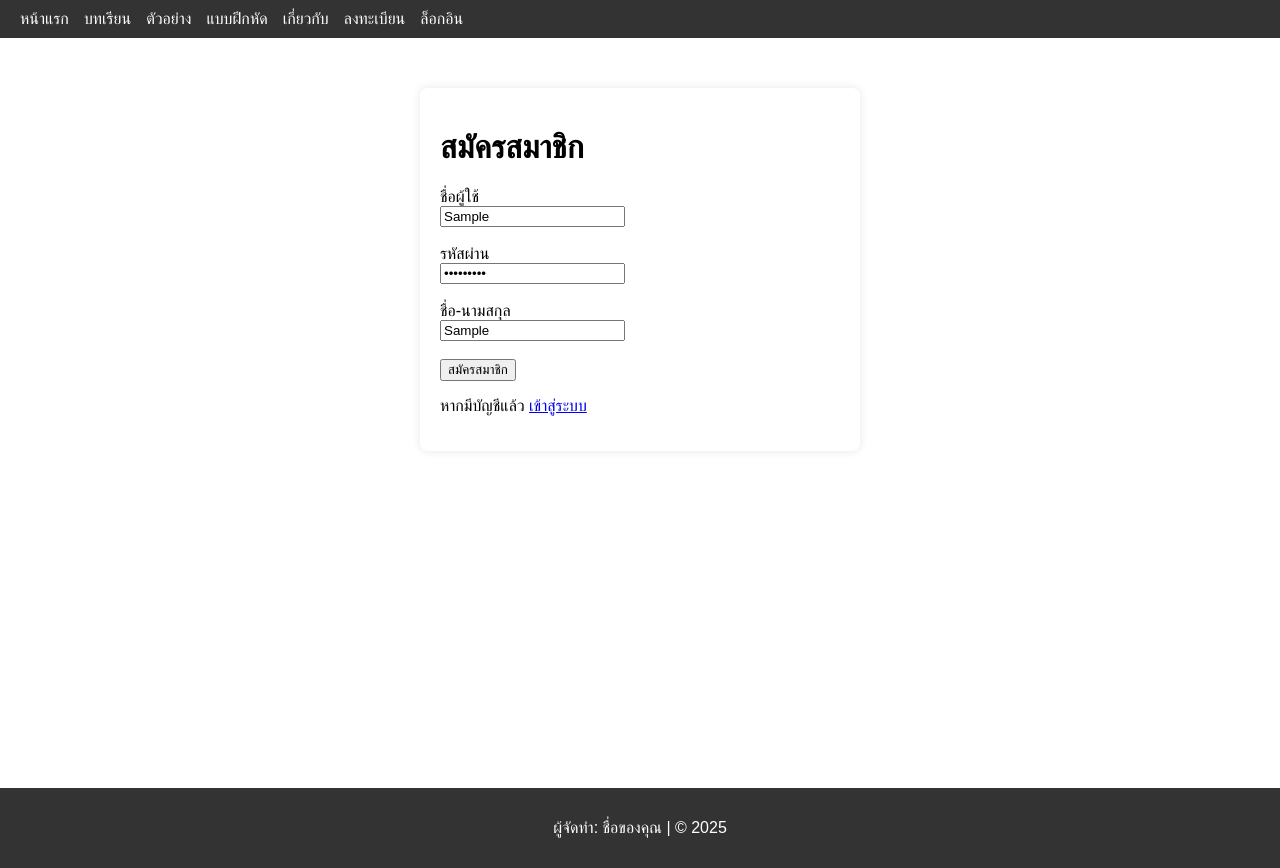
Repository: staggil/thesis
Page: register.html
The author's editor kept a copy of each file at every save. The page is drawn from the files as they stood at one save, then again after the next save.
The browser window is 1280 px wide. The pictures show the whole page.
Empty fields were first filled with sample values (such as "Sample", 5 or name@example.com).
After loading, the first visible `#register-form` was submitted once.
The page's requests for data from a server got no answer.

Above is the page before, as saved 2025-12-08 07:29:51.

### register.html
<!DOCTYPE html>
<html lang="th">
<head>
    <meta charset="UTF-8">
    <meta name="viewport" content="width=device-width, initial-scale=1.0">
    <title>สมัครสมาชิก - เว็บไซต์สอนเขียนโปรแกรม</title>
    <link rel="stylesheet" href="style.css">
    <script src="script.js" defer></script>
</head>
<body data-sidebar="components/empty.html" class="register-page">

    <!-- Header -->
    <div id="header-placeholder"></div>

    <!-- Sidebar -->
    <div id="sidebar-placeholder"></div>

    <!-- Content -->
    <main id="main-content">
        <h1>สมัครสมาชิก</h1>
        <form id="register-form">
            <label for="username">ชื่อผู้ใช้</label><br>
            <input type="text" id="username" name="username" required><br><br>

            <label for="password">รหัสผ่าน</label><br>
            <input type="password" id="password" name="password" required><br><br>

            <label for="fullname">ชื่อ-นามสกุล</label><br>
            <input type="text" id="fullname" name="fullname" required><br><br>

            <button type="submit">สมัครสมาชิก</button>
        </form>
        <p id="register-error" style="color:red; display:none;"></p>
        <p>หากมีบัญชีแล้ว <a href="login.html">เข้าสู่ระบบ</a></p>
    </main>

    <!-- Footer -->
    <div id="footer-placeholder"></div>

    <script>
    document.getElementById("register-form").addEventListener("submit", async (e) => {
        e.preventDefault();
        const username = document.getElementById("username").value;
        const password = document.getElementById("password").value;
        const fullname = document.getElementById("fullname").value;

        try {
            const res = await fetch("http://localhost:3000/register", {
                method: "POST",
                headers: { "Content-Type": "application/json" },
                body: JSON.stringify({ username, password, fullname })
            });

            const data = await res.json();

            if(data.success){
                alert(data.message);
                window.location.href = "login.html";
            } else {
                const err = document.getElementById("register-error");
                err.style.display = "block";
                err.textContent = data.message;
            }

        } catch (error) {
            console.error("Error:", error);
        }
    });
    </script>

</body>
</html>

### style.css
/* =========================
   Reset & Body
   ========================= */
body {
    margin: 0;
    font-family: Arial, sans-serif;
    box-sizing: border-box;
}

/* =========================
   Header
   ========================= */
header {
    background-color: #333;
    color: white;
    padding: 10px 20px;
}

.navbar ul {
    list-style: none;
    display: flex;
    gap: 15px;
    padding: 0;
    margin: 0;
}

.navbar ul li a {
    color: white;
    text-decoration: none;
}

/* =========================
   Sidebar
   ========================= */
#sidebar {
    width: 200px;               /* กำหนดความกว้าง */
    background-color: #f4f4f4;  /* สีพื้นหลัง */
    padding: 15px;              /* ระยะขอบภายใน */
    float: left;                /* ลอยซ้าย */
    height: 100vh;              /* ความสูงเต็มหน้าจอ */
    overflow-y: auto;           /* scroll ถ้ายาวเกิน */
}

#sidebar ul {
    list-style: none;
    padding: 0;
}

#sidebar ul li {
    margin-bottom: 10px;
}

#sidebar ul li a {
    text-decoration: none;
    color: #333;
    display: block;
    padding: 8px;
    border-radius: 4px;
    transition: background 0.3s;
}

#sidebar ul li a:hover {
    background-color: #ddd;
}

/* =========================
   Main Content
   ========================= */
#main-content {
    padding: 20px;          /* ระยะขอบภายใน */
    margin-left: 300px;     /* เว้นระยะจาก sidebar (sidebar width + 20px) */
    max-width: 700px;
}

/* กรณีหน้า index.html ไม่มี sidebar */
body.index #main-content {
    margin-left: 0;
    max-width: 700px;        /* กว้างเท่ากับหน้าที่มี sidebar */
    margin: 0 auto;          /* จัด content กลางหน้า */
}

/* =========================
   Footer
   ========================= */
footer {
    clear: both;
    background-color: #333;
    color: white;
    text-align: center;
    padding: 15px;
    position: relative;
}

/* =========================
   Responsive (มือถือ)
   ========================= */
@media screen and (max-width: 768px) {
    #sidebar {
        width: 100%;
        height: auto;
        float: none;
    }
    #main-content {
        margin-left: 0;
        padding: 15px;
    }

    .navbar ul {
        flex-direction: column;
        gap: 5px;
    }
}

/* =========================
   Empty sidebar
   ========================= */
#sidebar.empty-sidebar {
    background-color: #fff;   /* สีเดียวกับ container */
           /* คง padding เดิมถ้าอยากให้ layoutเหมือนหน้าที่มี sidebar */
    /* อย่าแก้ width หรือ float */
}

/* หน้า login ให้ layout อยู่กลางและสวยขึ้น */
body.login-page #main-content {
    max-width: 400px;       /* กว้างแค่พอ form */
    margin: 50px auto;      /* จัดกลางแนวนอนและเว้นบน */
    padding: 20px;
    background-color: #fff; /* เหมือน container */
    border-radius: 8px;
    box-shadow: 0 0 10px rgba(0,0,0,0.1);
}



/* หน้า register ให้ layout อยู่กลางเหมือน login */
body.register-page #main-content {
    max-width: 400px;          /* กว้างพอ form */
    margin: 50px auto;         /* จัดกลางหน้า */
    padding: 20px;
    background-color: #fff;    /* เหมือน container */
    border-radius: 8px;
    box-shadow: 0 0 10px rgba(0,0,0,0.1);
}

### script.js
function loadComponent(filePath, elementId) {
    if (!filePath) return;
    const el = document.getElementById(elementId);
    if (!el) {
        console.error(`ไม่พบ element id="${elementId}"`);
        return;
    }
    fetch(filePath)
        .then(response => {
            if (!response.ok) throw new Error("ไม่พบไฟล์ " + filePath);
            return response.text();
        })
        .then(data => {
            el.innerHTML = data;
        })
        .catch(error => console.error(error));
}

document.addEventListener("DOMContentLoaded", function() {
    loadComponent("/components/header.html", "header-placeholder");
    loadComponent("/components/footer.html", "footer-placeholder");

    const sidebarFile = document.body.getAttribute("data-sidebar");
    loadComponent(sidebarFile, "sidebar-placeholder");
});

### components/header.html
<header>
    <nav class="navbar">
        <ul>
            <li><a href="/index.html">หน้าแรก</a></li>
            <li><a href="/lessons/intro.html">บทเรียน</a></li>
            <li><a href="/examples/draw-rect.html">ตัวอย่าง</a></li>
            <li><a href="/exercises/exercise1.html">แบบฝึกหัด</a></li>
            <li><a href="/about/about.html">เกี่ยวกับ</a></li>
            <li><a href="/register.html">ลงทะเบียน</a></li>
            <li><a href="/login.html">ล็อกอิน</a></li>
        </ul>
    </nav>
</header>

### components/footer.html
<footer>
    <p>ผู้จัดทำ: ชื่อของคุณ | © 2025</p>
</footer>

### components/empty.html
<aside id="sidebar" class="empty-sidebar">
    <ul>

    </ul>
</aside>

After the next save:
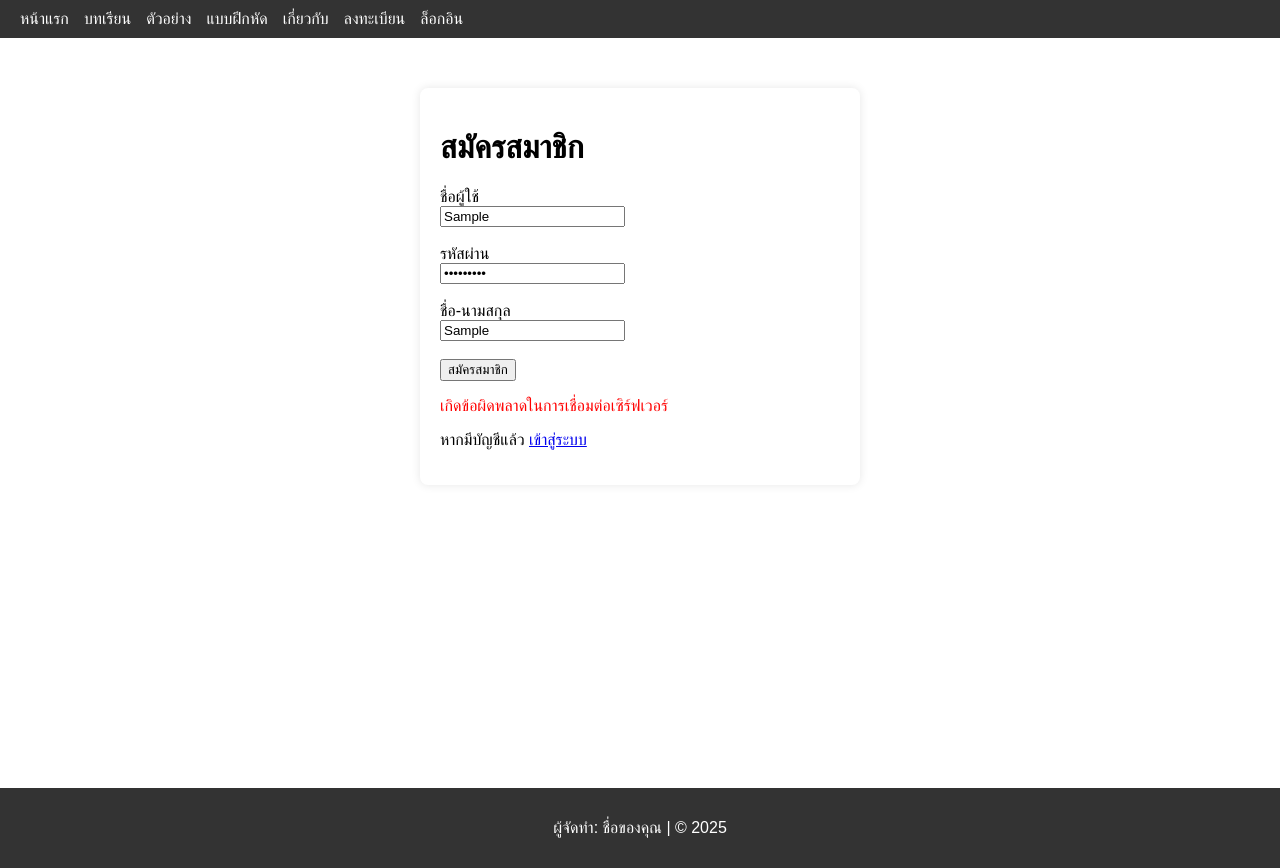
Saved 23 s later.
--- a/register.html
+++ b/register.html
@@ -40,12 +40,20 @@
     <script>
     document.getElementById("register-form").addEventListener("submit", async (e) => {
         e.preventDefault();
-        const username = document.getElementById("username").value;
+
+        const username = document.getElementById("username").value.trim();
         const password = document.getElementById("password").value;
-        const fullname = document.getElementById("fullname").value;
+        const fullname = document.getElementById("fullname").value.trim();
+
+        if (!username || !password || !fullname) {
+            const err = document.getElementById("register-error");
+            err.style.display = "block";
+            err.textContent = "กรุณากรอกข้อมูลให้ครบทุกช่อง";
+            return;
+        }
 
         try {
-            const res = await fetch("http://localhost:3000/register", {
+            const res = await fetch("/register", {
                 method: "POST",
                 headers: { "Content-Type": "application/json" },
                 body: JSON.stringify({ username, password, fullname })
@@ -53,17 +61,21 @@
 
             const data = await res.json();
 
-            if(data.success){
+            const err = document.getElementById("register-error");
+            if (data.success) {
+                err.style.display = "none";
                 alert(data.message);
-                window.location.href = "login.html";
+                window.location.href = "/login.html"; // redirect ไปหน้า login
             } else {
-                const err = document.getElementById("register-error");
                 err.style.display = "block";
                 err.textContent = data.message;
             }
 
         } catch (error) {
             console.error("Error:", error);
+            const err = document.getElementById("register-error");
+            err.style.display = "block";
+            err.textContent = "เกิดข้อผิดพลาดในการเชื่อมต่อเซิร์ฟเวอร์";
         }
     });
     </script>
